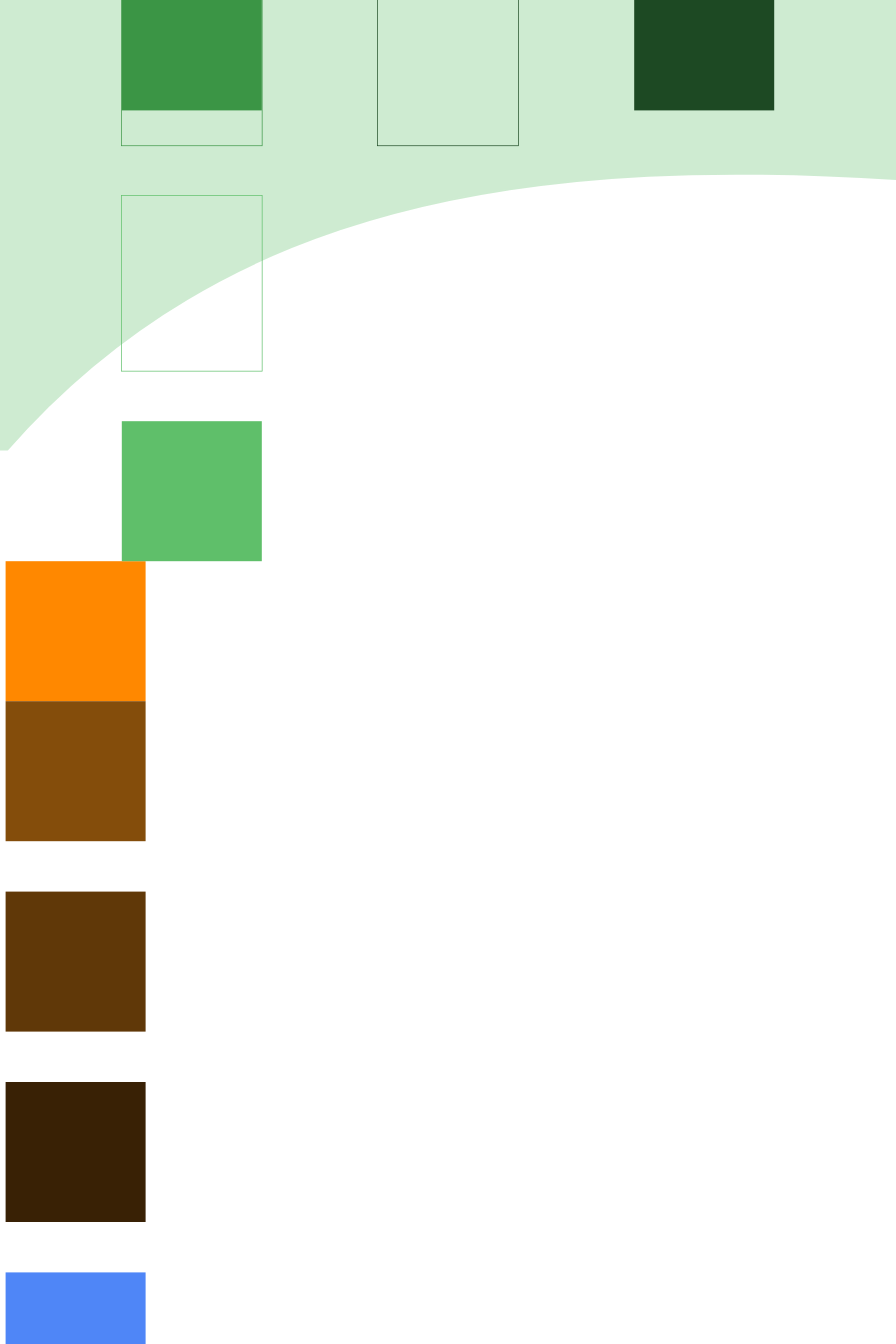
Repository: jjennbui/seedsprout_styleguide
Page: pages/colorPalette.html
The author's editor kept a copy of each file at every save. The page is drawn from the files as they stood at one save, then again after the next save.
The browser window is 1280 px wide. The pictures show the part of the page from y = 1024 to 2944 px (the page is 3050 px tall before and 3300 px after), at 70% of full size.
Some web fonts or font styles are not loaded; a fallback is used.

Above is the page before, as saved 2023-03-11 01:14:37.

### pages/colorPalette.html
<!DOCTYPE html>
<html lang="en">

<head>
    <meta charset="UTF-8">
    <meta http-equiv="X-UA-Compatible" content="IE=edge">
    <meta name="viewport" content="width=device-width, initial-scale=1.0">
    <link rel="stylesheet" href="../styles/home.css">
    <title>Document</title>
</head>
<body>

    <header>
        <div class="navBar_container">
            <div class="navBar_logo_container">
                <img src="../public/logo/Logo.svg" width="30" />
            </div>
            <div class="navBar_links_container">
                <a class="navBar_links" href="./index.html">
                    <h1>Home</h1>
                </a>
                <a class="navBar_links" href="./logo.html">
                    <h1>Logo</h1>
                </a>
                <a class="navBar_links" href="./typography.html">
                    <h1>Typography</h1>
                </a>
                <a class="navBar_links" href="./colorPalette.html">
                    <h1>Color Palette</h1>
                </a>
                <a class="navBar_links" href="./iconsAndGraphics.html">
                    <h1>Icons and Graphics</h1>
                </a>
            </div>
        </div>
    </header>

    <div>
        <h1 class="color_text_h1">Color Palette</h1>
    </div>

    <div class="colors-container">
        <div class="left-color-container">
            <div class=" forest-box-size"><div class="color-forestgreen"></div></div>
            <div class=" mantis-box-size"></div><div class="color-mantisgreen"></div></div>
            <div class=" calpoly-box-size"></div><div class="color-calpolygreen"></div></div>
            <div class=" orange-box-size"></div><div class="color-darkorange"></div></div>
        </div>
        <div class="right-color-container">
            <div class="color-chocolate-brown"></div>
            <div class="color-sepia-brown"></div>
            <div class="color-bistre-brown"></div>
            <div class="color-azure-blue"></div>
        </div>

    </div>
</body>
</html>

### styles/home.css
@import url('https://fonts.googleapis.com/css2?family=Jost:ital,wght@0,100;0,200;0,300;0,400;0,500;0,600;0,700;0,800;0,900;1,100;1,200;1,300;1,400;1,500;1,600;1,700;1,800;1,900&display=swap');
@import url('https://fonts.googleapis.com/css2?family=Philosopher:ital,wght@0,400;0,700;1,400;1,700&display=swap');

body {
    background-image: url(../public/background-img/background.svg);
    background-size: cover;
    background-repeat: no-repeat;
    font-family: 'Jost', sans-serif;
    font-size: 16px;
}

/**Colors*/
:root {
    --lightGreen: #EBFFEE;
    --mantisGreen: #5FBF6A;
    --sproutGreen: #3B9545;
    --polyGreen: #1D4923;
    --chocolateBrown: #844D0B;
    --seedBrown: #603808;
    --darkBrown: #392105;
    --vegeOrange: #FF8800;
    --fruitBlue: #4F86F7;
}

/**contains everything in the body*/
.main {
    padding: 3rem;
}

/**First div that holds the entire navBar*/
.navBar_container {
    width: 100%;
    background: var(--mantisGreen);
    opacity: 0.9;
    gap: 1rem;
    margin: 0;
    border-radius: 3rem;
    display: flex;
}

/**container than holds the logo in the navBar*/
.navBar_logo_container {
    display: flex;
    justify-content: center;
    align-items: center;
    background-color: var(--lightGreen);
    border-radius: 3rem;
    padding: 0.5rem;
    width: 8%;
}

/**Container that holds all the links in the navBar*/
.navBar_links_container {
    display: flex;
    align-items: center;
    justify-content: space-around;
    flex-grow: 1;
    flex-wrap: wrap;
}

/**links in the navBar*/
.navBar_links {
    font-family: 'philosopher', sans-serif;
    text-decoration: none;
    color: black;
    font-size: 0.8rem;
}

/**Body Content*/
/**container that holds body content*/
.body_container {
    display: flex;
    justify-content: center;
    align-items: flex-end;
    flex-wrap: wrap;
}

.text_container{
    display: flex;
}
/**contains text*/
.text_content {
    display: flex;
    flex-direction: column;
    justify-content: center;
    align-items: flex-start;
    width: 50vw;
    height: 70vh;
}

/**home text content*/
.home_content_headerOne {
    font-size: 5rem;
    margin: 0;
    line-height: 5.5rem;
}

.home_content_headerFour {
    font-size: 2rem;
    margin-top: 2rem;
    margin-bottom: 0.2rem;
    font-weight: 400;
    color: var(--polyGreen);
    line-height: 2.5rem;
}

.home_content_p {
    font-size: 1rem;
    margin: 0;
}

.body_content_logo_container{
    display: flex;
    flex-direction: column;
    justify-content: flex-start;
}
/**home page logo in body content*/
.body_content_logo {
    width: 22rem;
}

.logo_shadow{
    background-color: black;
    height: 1rem;
    border-radius: 100%;
    opacity: 0.2;
}

/** color-palette style*/

.color-forestgreen{
    height: 200px;
    width: 200px;
    background-color: #3B9545;

}
.color-mantisgreen{
    height: 200px;
    width: 200px;
    background-color:#5FBF6A;
}
.color-calpolygreen{
    height: 200px;
    width: 200px;
    background-color:#1D4923;
}
.color-darkorange{
    height: 200px;
    width: 200px;
    background-color:#FF8800;
}
.color-chocolate-brown{
    height: 200px;
    width: 200px;
    background-color:#844D0B;
}
.color-sepia-brown{
    height: 200px;
    width: 200px;
    background-color:#603808;
}
.color-bistre-brown{
    height: 200px;
    width: 200px;
    background-color:#392105;
}
.color-azure-blue{
    height: 200px;
    width: 200px;
    background-color:#4F86F7;
}
.colors-container{
    display: flex;
    flex-direction: row;
    justify-content: space-evenly;
    margin-top: 100vh;
}
.left-color-container{
    display: flex;
    flex-direction: column;
    justify-content: space-evenly;
    gap: 10vh;
}
.right-color-container{
    display: flex;
    flex-direction: column;
    justify-content: space-evenly;
    gap: 10vh;
}

.color_text_h1 {
    margin-top: 10vh;
    font-size: 5rem;
    margin: 10vh;
}
.forest-box-size{
    height: 250px;
    width: 200px;

    outline: #3B9545 solid 1px;
}
.mantis-box-size{
    height: 250px;
    width: 200px;

    outline: #5FBF6A solid 1px;
}
.calpoly-box-size{
    height: 250px;
    width: 200px;

    outline: #1D4923 solid 1px;
}
.calpoly-box-size{
    height: 250px;
    width: 200px;

    outline: #1D4923 solid 1px;
}




/**Need to add breaking points for responsiveness*/

/* Mobile */
@media screen and (max-width: 600px) {

    .colors-container{
        display: flex;
        flex-direction: column;
        justify-content:center;
        margin-top: 150vh;
        gap: 10vh;
        margin-left: 20vw;
    }


  }

After the next save:
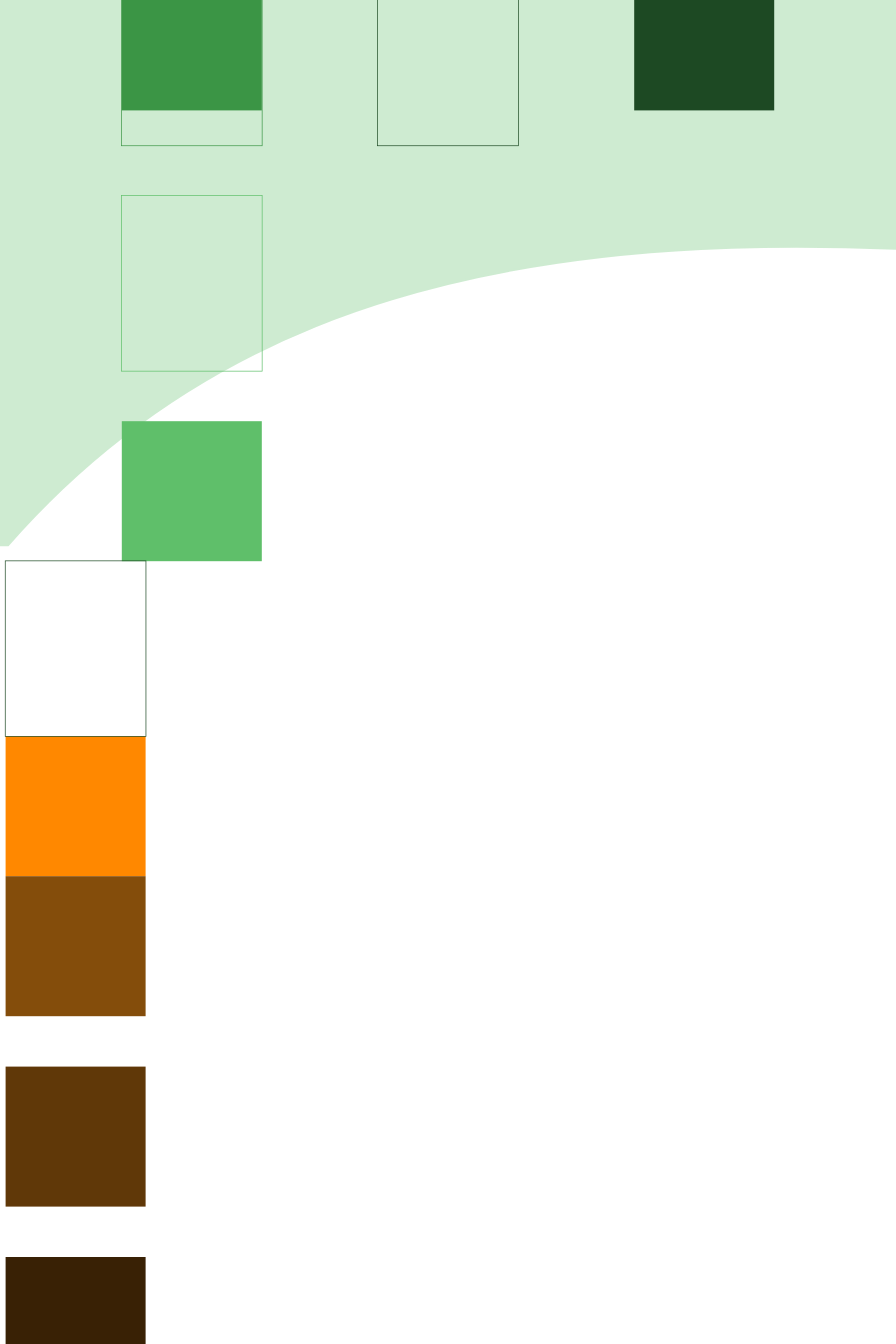
Saved 8 s later.
--- a/styles/home.css
+++ b/styles/home.css
@@ -211,7 +211,7 @@ body {
 
     outline: #1D4923 solid 1px;
 }
-.calpoly-box-size{
+.orange-box-size{
     height: 250px;
     width: 200px;
 
